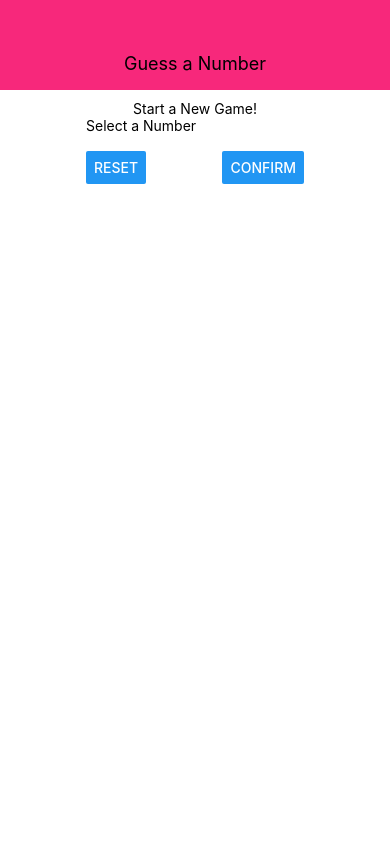
Repository: ChidiChuks/rn-second-project
Screen: / (app in second-project/)
The author's editor kept a copy of each file at every save. The screen is drawn from the files as they stood at one save, then again after the next save.
The app was drawn by React Native's web renderer in a window 390 px wide. The project was rebuilt for these pictures with package versions that can differ from the ones it lists, and the page was loaded fresh each time.

Above is the screen before, as saved 2019-10-23 13:12:24.

### second-project/App.js
import React from 'react';
import { StyleSheet, View } from 'react-native';

import Header from './components/Header';
import StartGameScreen from './screens/StartGameScreen';

export default function App() {
  return (
    <View style={styles.screen}>
      <Header title="Guess a Number" />
      <StartGameScreen />
    </View>
  );
}

const styles = StyleSheet.create({
  screen: {
    flex: 1
  }
});

### second-project/components/Header.js
import React from 'react';
import { View, Text, StyleSheet } from 'react-native';

const Header = props => {
  return (
    <View style={styles.header}>
      <Text style={styles.headerTitle}>{props.title}</Text>
    </View>
  );
};

const styles = StyleSheet.create({
  header: {
    width: '100%',
    height: 90,
    paddingTop: 36,
    backgroundColor: '#f7287b',
    alignItems: 'center',
    justifyContent: 'center'
  },
  headerTitle: {
    color: 'black',
    fontSize: 18,

  }
});

export default Header;

### second-project/screens/StartGameScreen.js
import React from 'react';
import { View, Text, StyleSheet, TextInput, Button } from 'react-native';

const StartGameScreen = props => {
  return (
    <View style={styles.screen}>
      <Text STYLE={StyleSheet.title}>Start a New Game!</Text>
      <View style={styles.inputContainer}>
        <Text>Select a Number</Text>
        <TextInput />
        <View style={styles.buttonContainer}>
          <Button title="Reset" onPress={() => {}} />
          <Button title="Confirm" onPress={() => {}} />
        </View>
      </View>
    </View>
  );
};

const styles = StyleSheet.create({
  screen: {
    flex: 1,
    padding: 10,
    alignItems: 'center'
  },
  title: {
    fontSize: 20,
    marginVertical: 10
  },
  inputContainer: {

  },
  buttonContainer: {
    flexDirection: 'row',
    width: '100%',
    justifyContent: 'space-between'
  }
});

export default StartGameScreen;

After the next save:
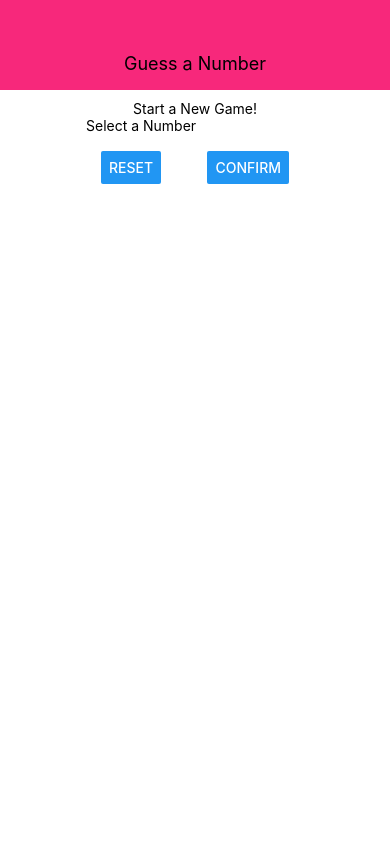
Saved 32 s later.
--- a/second-project/screens/StartGameScreen.js
+++ b/second-project/screens/StartGameScreen.js
@@ -33,7 +33,8 @@ const styles = StyleSheet.create({
   buttonContainer: {
     flexDirection: 'row',
     width: '100%',
-    justifyContent: 'space-between'
+    justifyContent: 'space-between',
+    paddingHorizontal: 15
   }
 });
 
